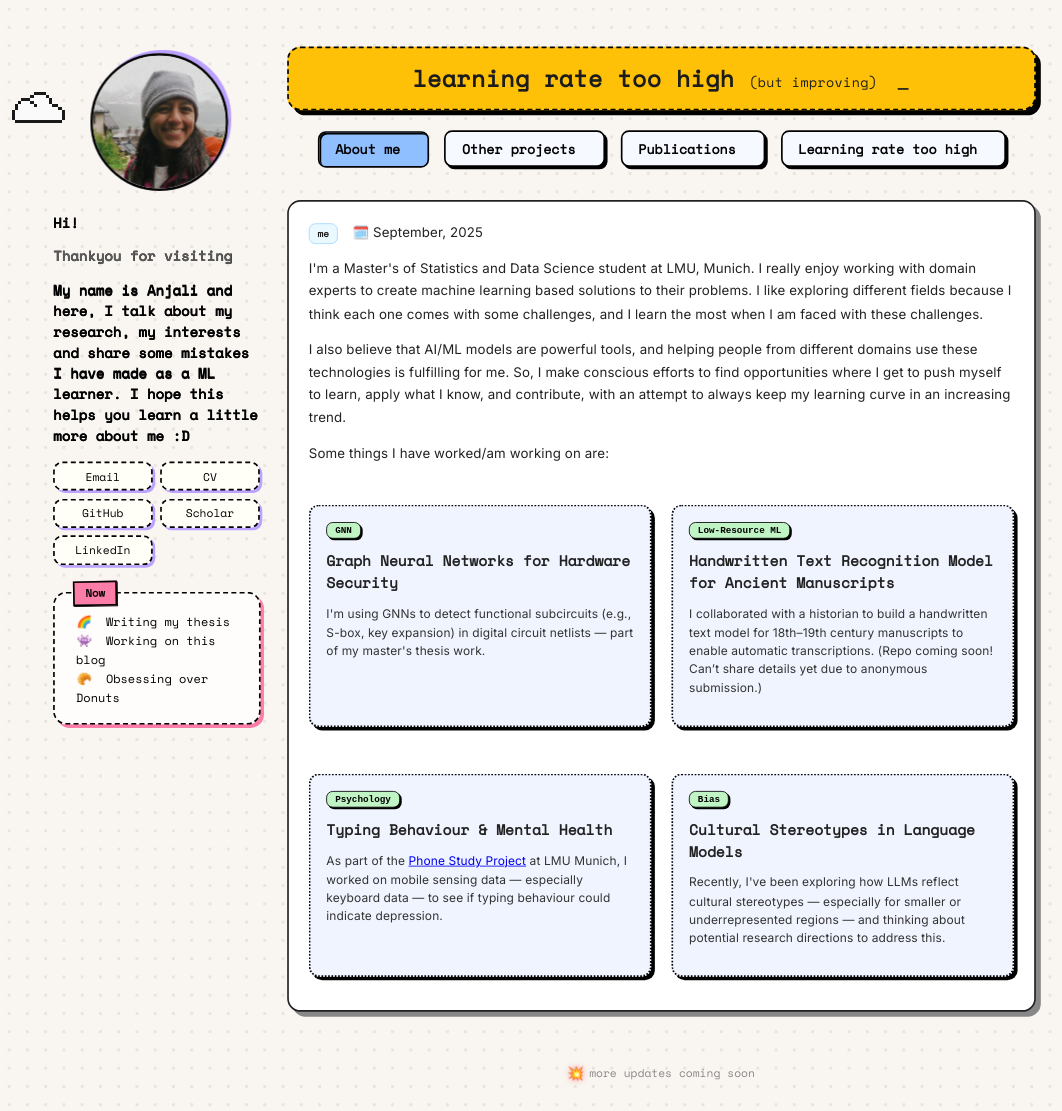
Repository: anjalisarawgi/learning_rate_too_high
Page: index.html
The author's editor kept a copy of each file at every save. The page is drawn from the files as they stood at one save, then again after the next save.
The browser window is 1280 px wide. The pictures show the whole page, at 83% of full size.

Above is the page before, as saved 2025-11-04 15:32:49.

After the next save:
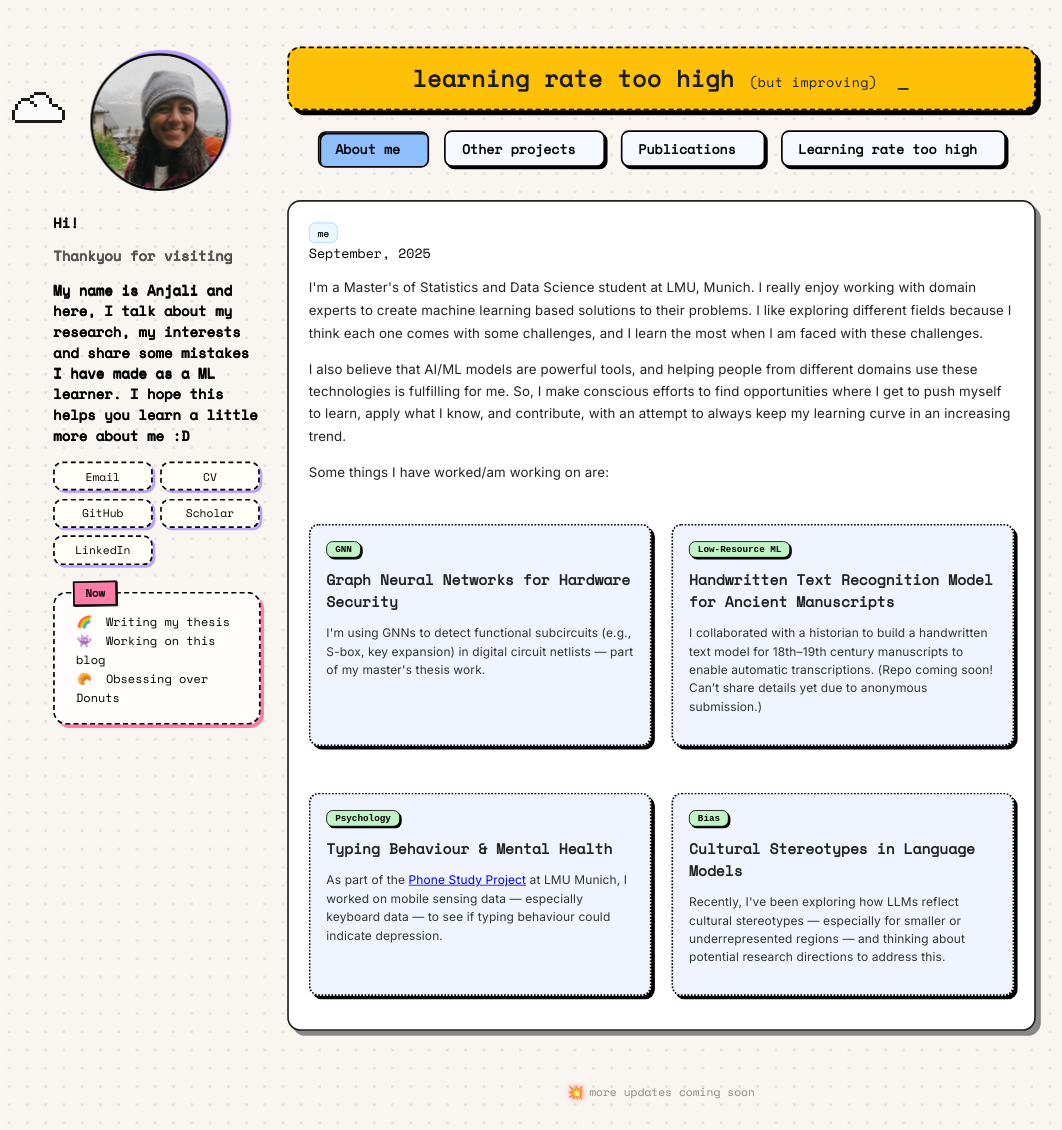
Saved 68 s later.
--- a/index.html
+++ b/index.html
@@ -660,7 +660,8 @@ nav a:hover::after {
       <div class="card" data-tab-content="about" style="display: block;">
         <div class="tag">me</div>
         <!-- <h2>About me</h2> -->
-        <small>🗓️ September, 2025</small>
+        <!-- <small>🗓️ September, 2025</small> -->
+        <div class="date">September, 2025</div>
         <!-- <h2>Hi, I'm Anjali ✨</h2> -->
         <p>I'm a Master's  of Statistics and Data Science student at LMU, Munich. I really enjoy working with domain experts to create machine learning based solutions to their problems. I like exploring different fields because I think each one comes with some challenges, and I learn the most when I am faced with these challenges.        </p>
         <p>I also believe that AI/ML models are powerful tools, and helping people from different domains use these technologies is fulfilling for me. So, I make conscious efforts to find opportunities where I get to push myself to learn, apply what I know, and contribute, with an attempt to always keep my learning curve in an increasing trend.</p>
